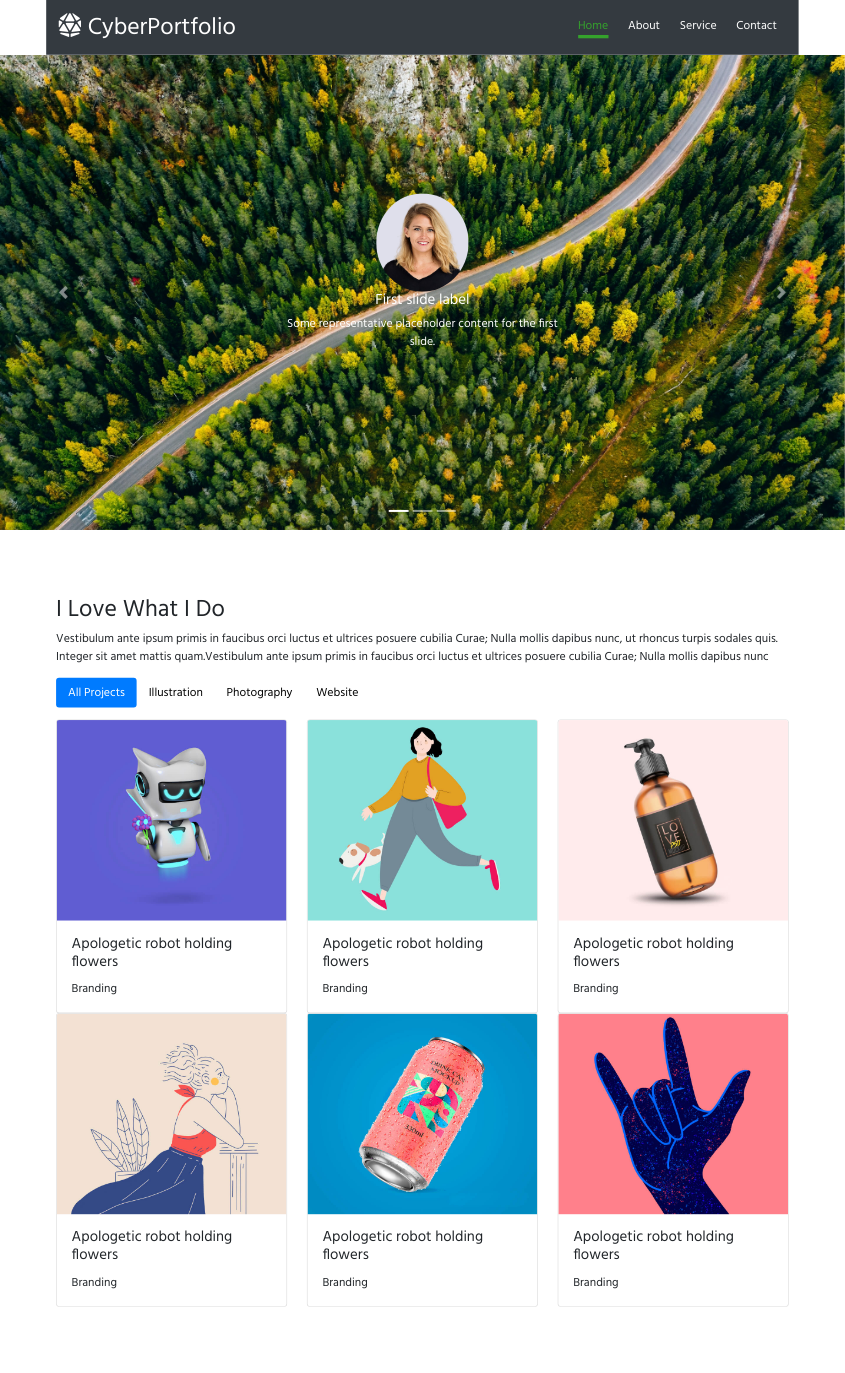
Repository: thanhfrankie/portfolio
Page: index.html
An editor plug-in stored every save of this project. The page is shown before and after a run of saves, followed by the edit.
The browser window is 1280 px wide. The pictures show the whole page, at 66% of full size.

Above is the page before, as saved 2023-11-30 09:44:44.

After the next 2 saves:
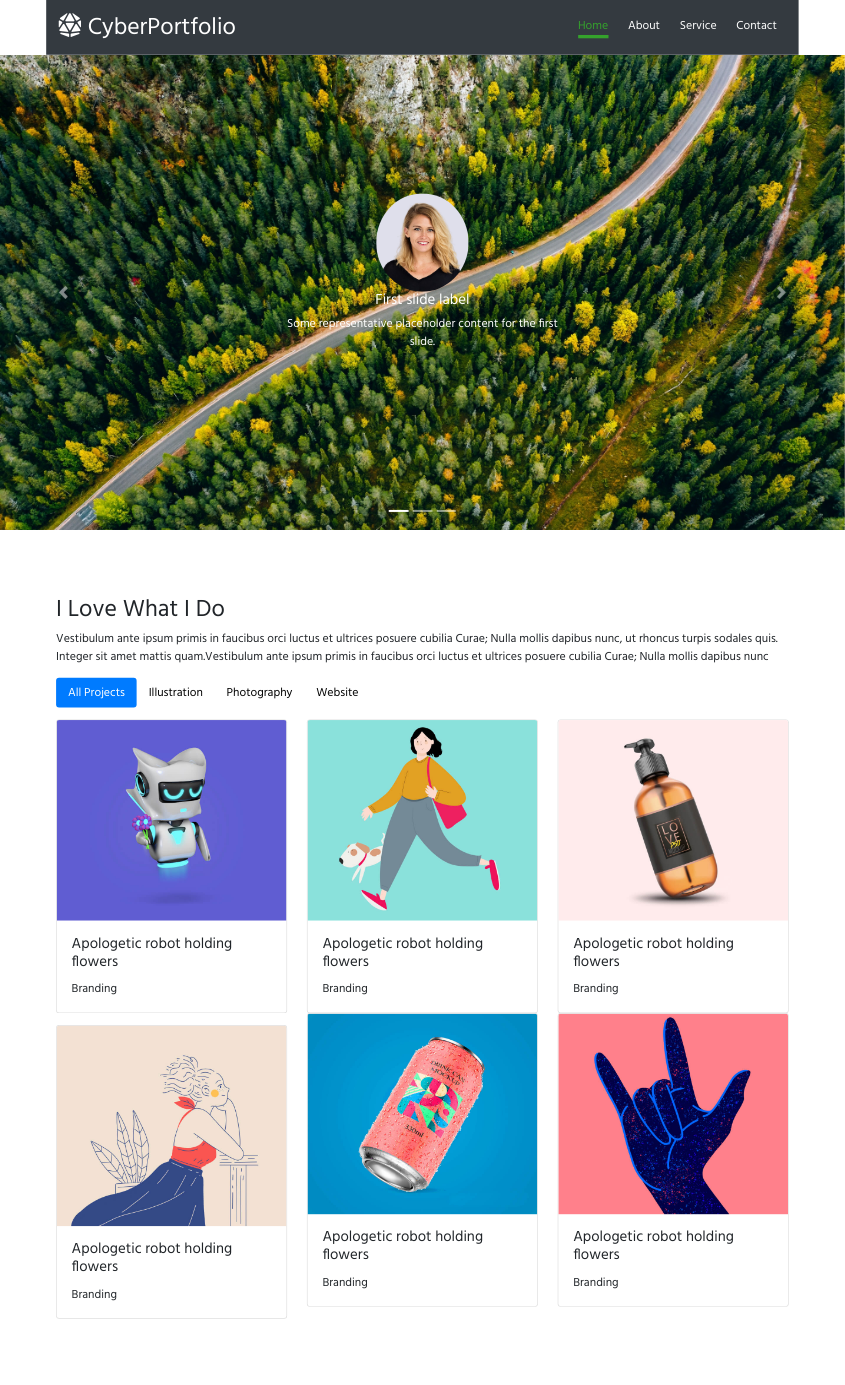
The 2 saves are shown as one change because they came seconds apart.
The last was saved 105 s later.
--- a/index.html
+++ b/index.html
@@ -160,7 +160,7 @@
               </div>
 
               <!-- cột dư sẽ được đẩy xuống hàng 2 -->
-              <div class="col-4">
+              <div class="col-4 mt-3">
                 <div class="card">
                   <img src="./img/g4.jpg" class="card-img-top" alt="...">
                   <div class="card-body">
